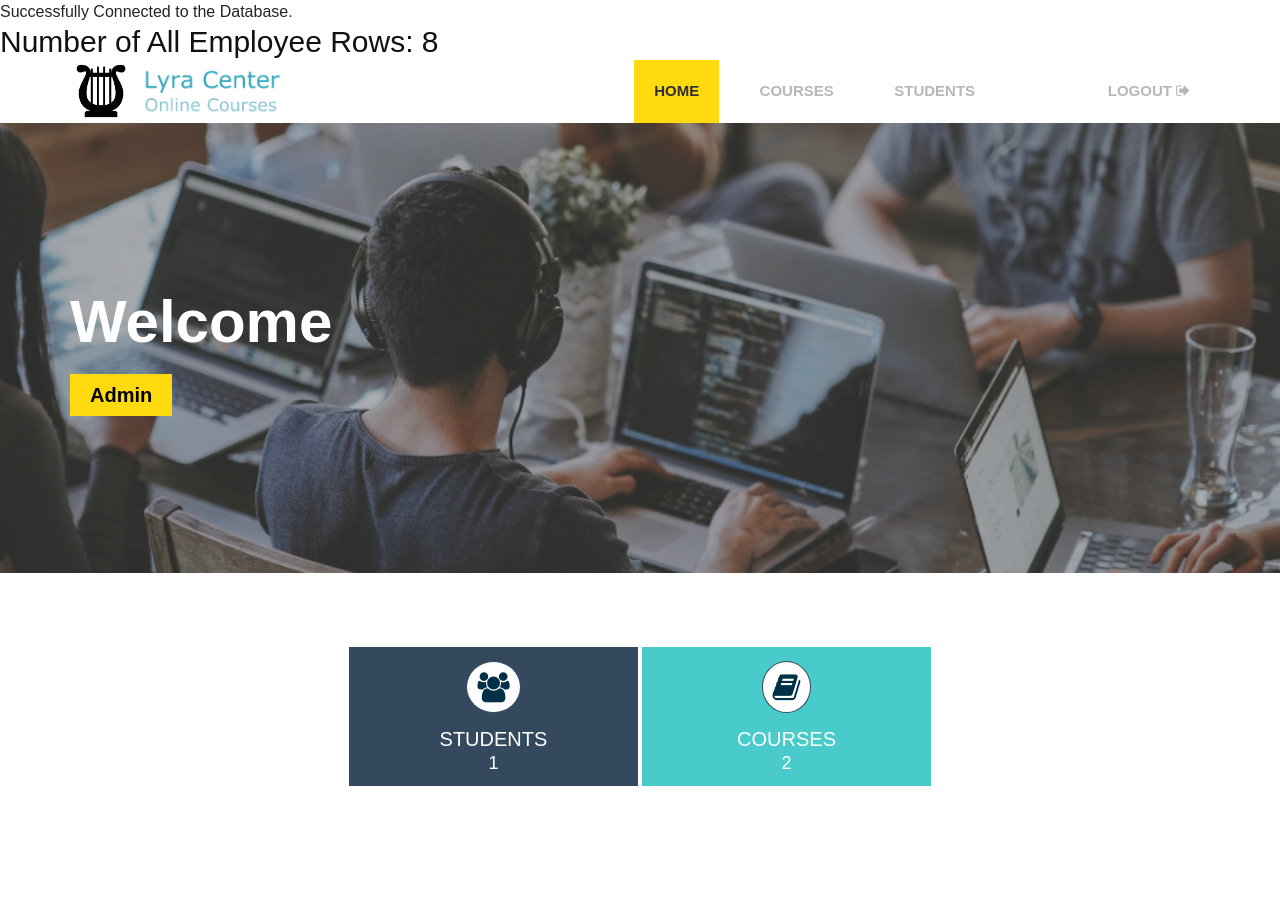
Repository: jersmaecrz/lyra-center
Page: http://localhost/aHome.php
These files come from the project's save history. The page is drawn as it stood at one moment and after the next save; the edit follows.
The browser window is 1280 px wide. The pictures show the whole page.
Some web fonts or font styles are not loaded; a fallback is used. The page is run by PHP 8.4 with error messages shown; the project is at /var/www/html/. The database holds what the project's SQL file puts in it.

Above is the page before, as saved 2022-12-03 22:41:00.

After the next save:
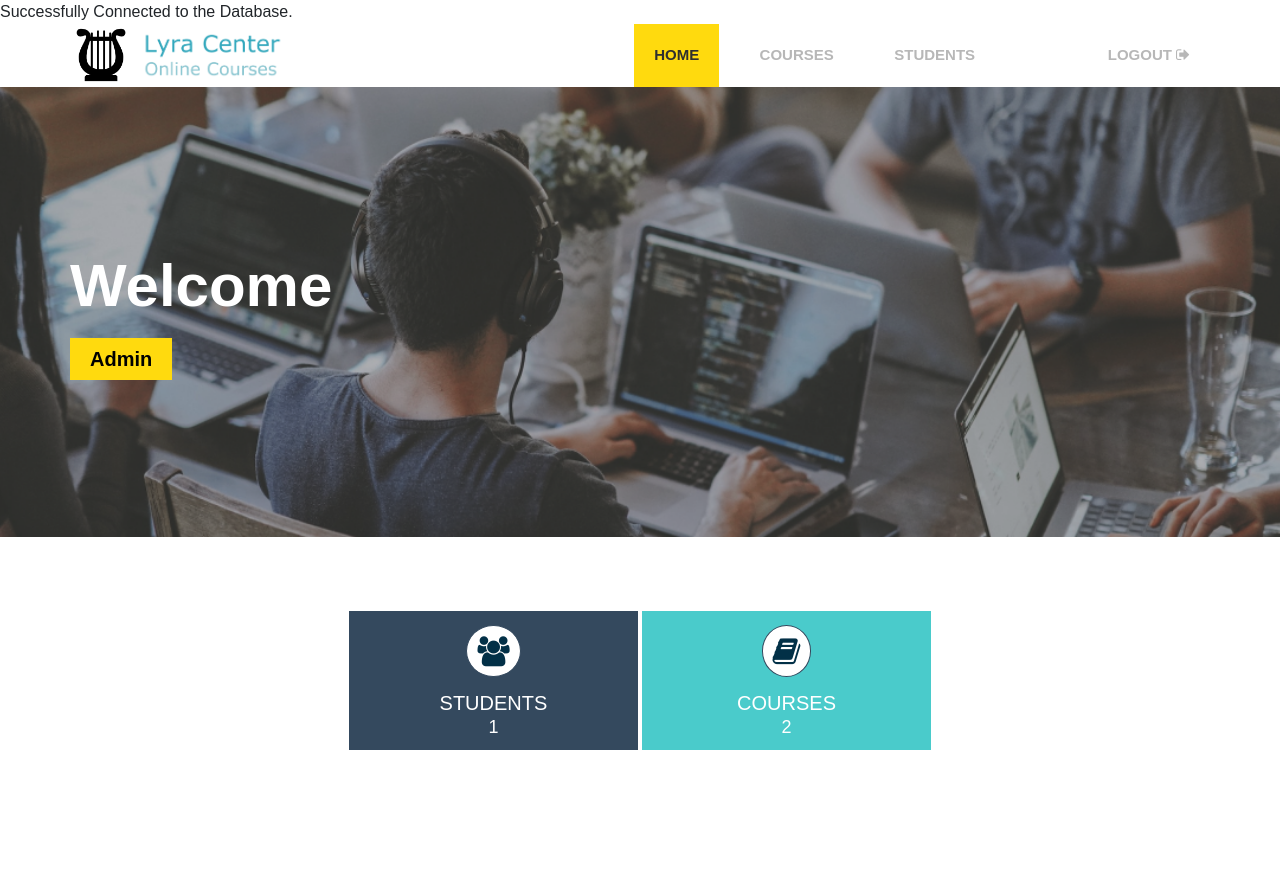
Saved 26 s later.
--- a/admin-dashboard.php
+++ b/admin-dashboard.php
@@ -27,8 +27,4 @@
             echo "<h3>Number of All Employee Rows: $rowCount</h3>";
         }
     }
-    $dash = new Dashboard ();
-    $dash -> countStudents($pdo)
-
-
 ?>
